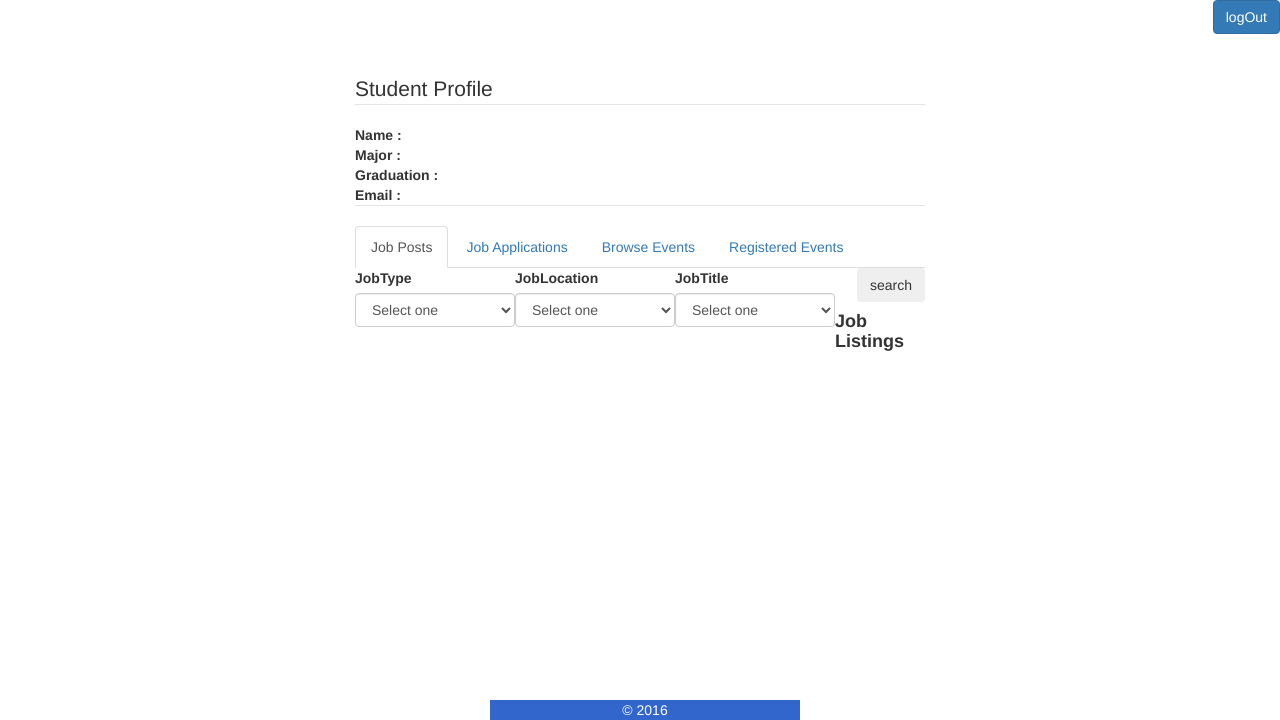
Repository: merlynfrank/AcademicProjects
Page: http://localhost/studenthome
These files come from the project's save history. The page is drawn as it stood at one moment and after the next save; the edit follows.
The browser window is 1280 px wide. The pictures show the whole page.
The page is this project's Thymeleaf template; nobody is signed in. The template is opened directly, without the code that normally fills it, so the values that code supplies are empty.

Above is the page before, as saved 2018-12-01 06:35:39.

After the next save:
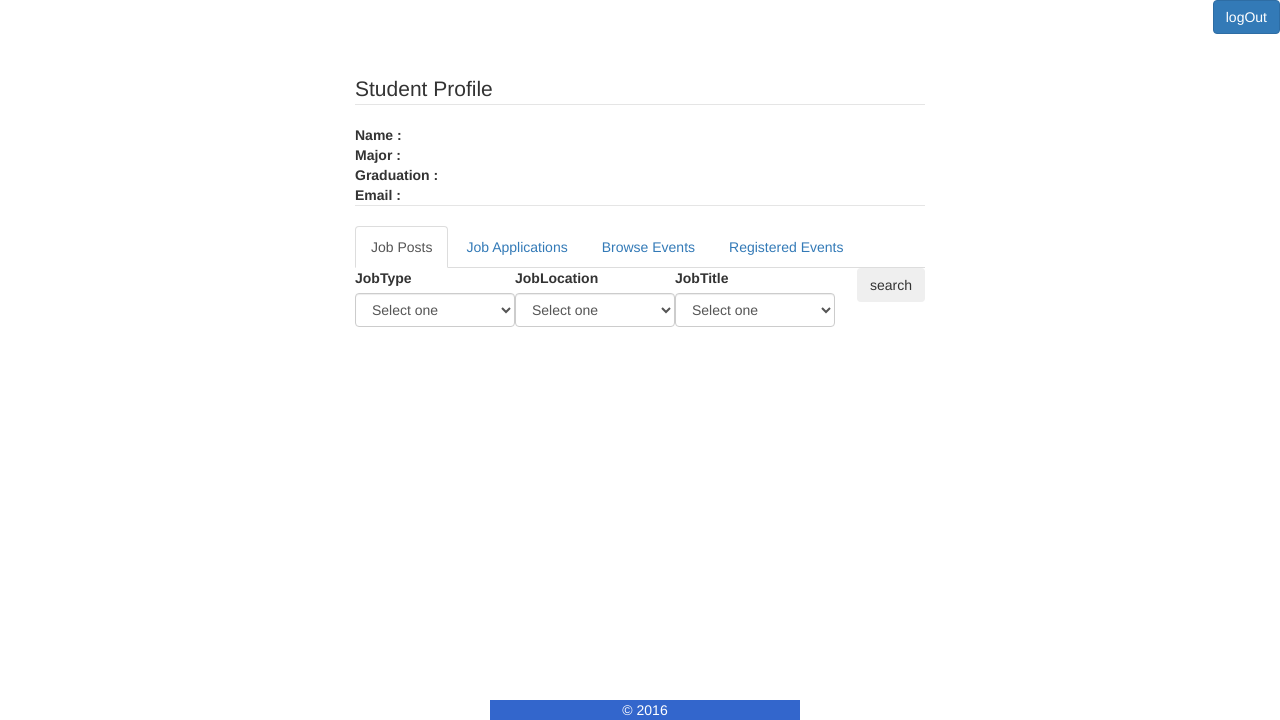
Saved 45 s later.
--- a/smith-is-internship/src/main/resources/templates/studenthome.html
+++ b/smith-is-internship/src/main/resources/templates/studenthome.html
@@ -110,7 +110,6 @@
 				</form>
 				<div class="form-elegant scrollbar-light-blue">
 					<table class="table table-hover table-striped">
-					<thead><h4><strong>Job Listings</strong></h4></thead>
 
 						<div th:each="job : ${jobs}">
 					<tr>
